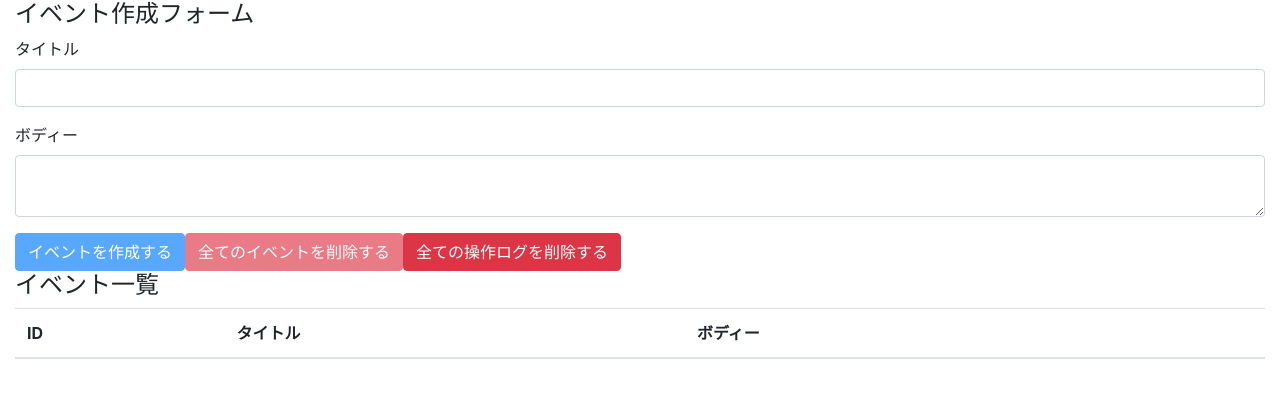
Repository: yujiuehara/my-app
Page: /
An editor plug-in stored every save of this project. The page is shown before and after the next save, followed by the edit.
The browser window is 1280 px wide. The pictures show the whole page.
The project was rebuilt for these pictures with package versions that can differ from the ones it lists, and the page was loaded fresh each time. Also part of the build but not shown: src/components/Event.js.

Above is the page before, as saved 2020-05-05 21:29:58.

After the next save:
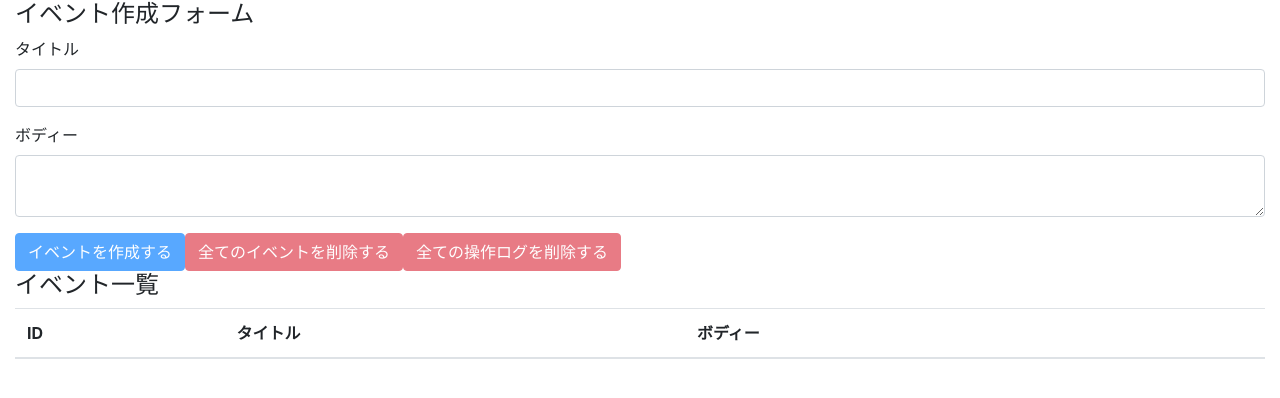
Saved 3 min 22 s later.
--- a/src/components/EventForm.js
+++ b/src/components/EventForm.js
@@ -65,7 +65,7 @@ const EventForm = () => {
             </div>
             <button className="btn btn-primary" onClick={addEvent} disabled={unCreatable}>イベントを作成する</button>
             <button className="btn btn-danger" onClick={deleteAllEvents} disabled={state.events.length === 0}>全てのイベントを削除する</button>
-            <button className="btn btn-danger" onClick={deleteAllOperationLogs}>全ての操作ログを削除する</button>
+            <button className="btn btn-danger" onClick={deleteAllOperationLogs} disabled={state.operationLogs.length === 0}>全ての操作ログを削除する</button>
         </form>
         </>
     )
